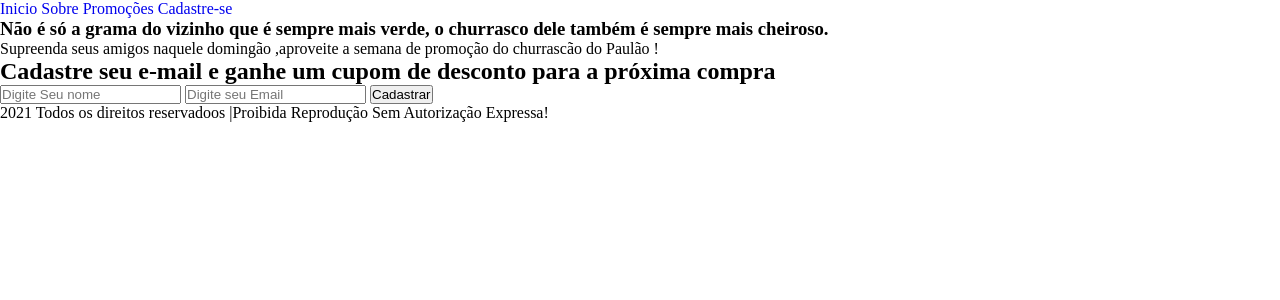
Repository: PauloMarquess/ProjetoBlackFriday
Page: index.html
An editor plug-in stored every save of this project. The page is shown before and after the next save, followed by the edit.
The browser window is 1280 px wide. The pictures show the whole page.

Above is the page before, as saved 2021-07-15 13:58:50.

### index.html
<!DOCTYPE html>
<html lang="pt-Br">
<head>
    <meta charset="UTF-8">
    <meta http-equiv="X-UA-Compatible" content="IE=edge">
    <meta name="viewport" content="width=device-width, initial-scale=1.0">
    <link rel="stylesheet" href="./css/style.css">
    <title>Churrascão do Paulão</title>
</head>
<body>
    <nav class="menu">
    <ul>
        <li ><a href="#">Inicio</a></li>
        <li ><a href="#">Sobre</a></li>
        <li ><a href="#">Promoções</a></li>
        <li ><a href="#">Cadastre-se</a></li>
    </ul>
    </nav>

    <section>
        <h3>Não é só a grama do vizinho que é sempre mais verde, o churrasco dele também é sempre mais cheiroso.</h3>
        <p>Supreenda seus amigos naquele domingão ,aproveite a semana de promoção do churrascão do Paulão !</p>

    </section>

    <section>
        <h2>Cadastre seu e-mail e ganhe um cupom de desconto para a próxima compra</h2>
    </section>
    <section>
        <form>
            <input type="text" placeholder="Digite Seu nome" id="name" >
            <input type="email" placeholder="Digite seu Email" id="email">
            <input type="submit" value="Cadastrar">

        </form>
    </section>
    <footer>2021 Todos os direitos reservadoos |Proibida Reprodução Sem Autorização Expressa!</footer>

</body>
<script src="./script.js"></script>
</html>

### css/style.css
* {
    padding: 0;
    margin:0;
    list-style: none;
    text-decoration: none;

}
.menu ul li{
    display:inline-block;
    justify-content:space-around;
}

Loaded but not shown: script.js (no stored copy; drawn as an empty file)

After the next save:
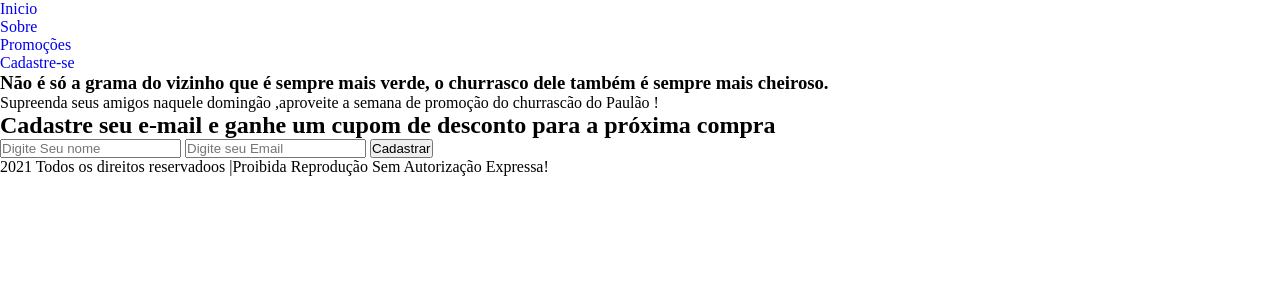
Saved 28 s later.
--- a/css/style.css
+++ b/css/style.css
@@ -5,7 +5,6 @@
     text-decoration: none;
 
 }
-.menu ul li{
-    display:inline-block;
-    justify-content:space-around;
+.menu ul li a{
+    display: inline;
 }

After the 2 saves that followed:
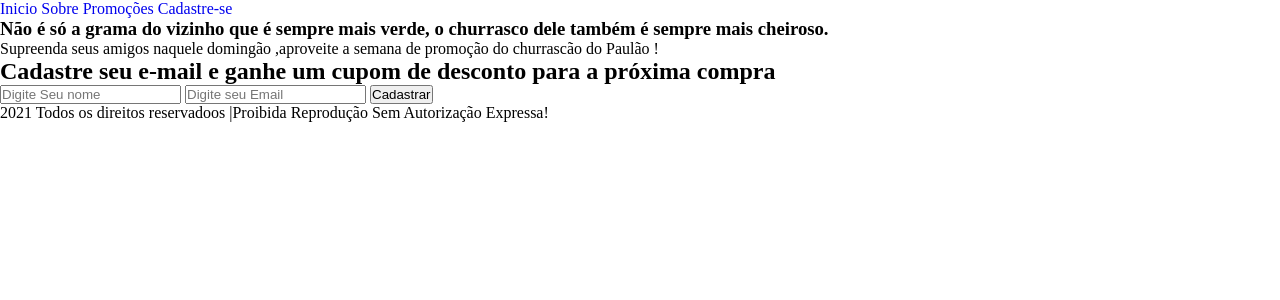
The 2 saves are shown as one change because 1 left the picture as it was.
The last was saved 14 s later.
--- a/css/style.css
+++ b/css/style.css
@@ -5,6 +5,6 @@
     text-decoration: none;
 
 }
-.menu ul li a{
-    display: inline;
+.menu ul li {
+    display: inline-block;
 }
